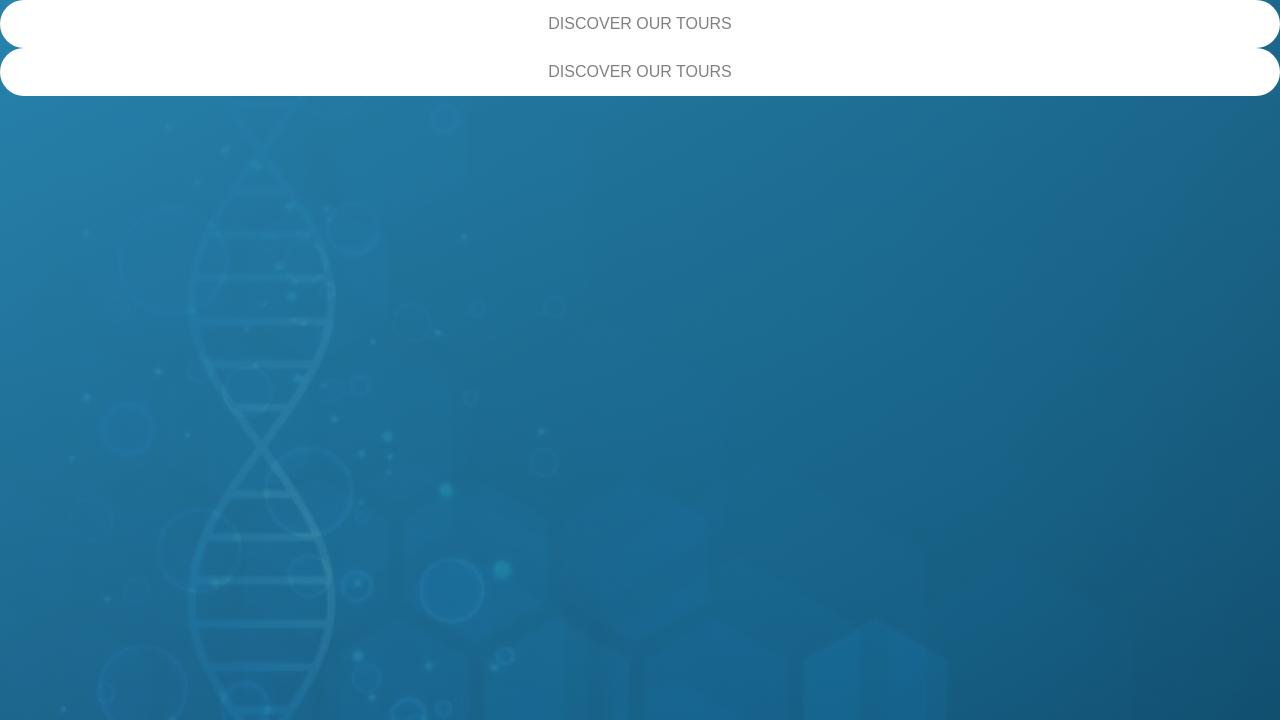
Repository: ajayaj2001/healthcare-digitization
Page: /
An editor plug-in stored every save of this project. The page is shown before and after the next save, followed by the edit.
The browser window is 1280 px wide. The pictures show the whole page.
The project was rebuilt for these pictures with package versions that can differ from the ones it lists, and the page was loaded fresh each time.

Above is the page before, as saved 2021-03-12 18:34:05.

After the next save:
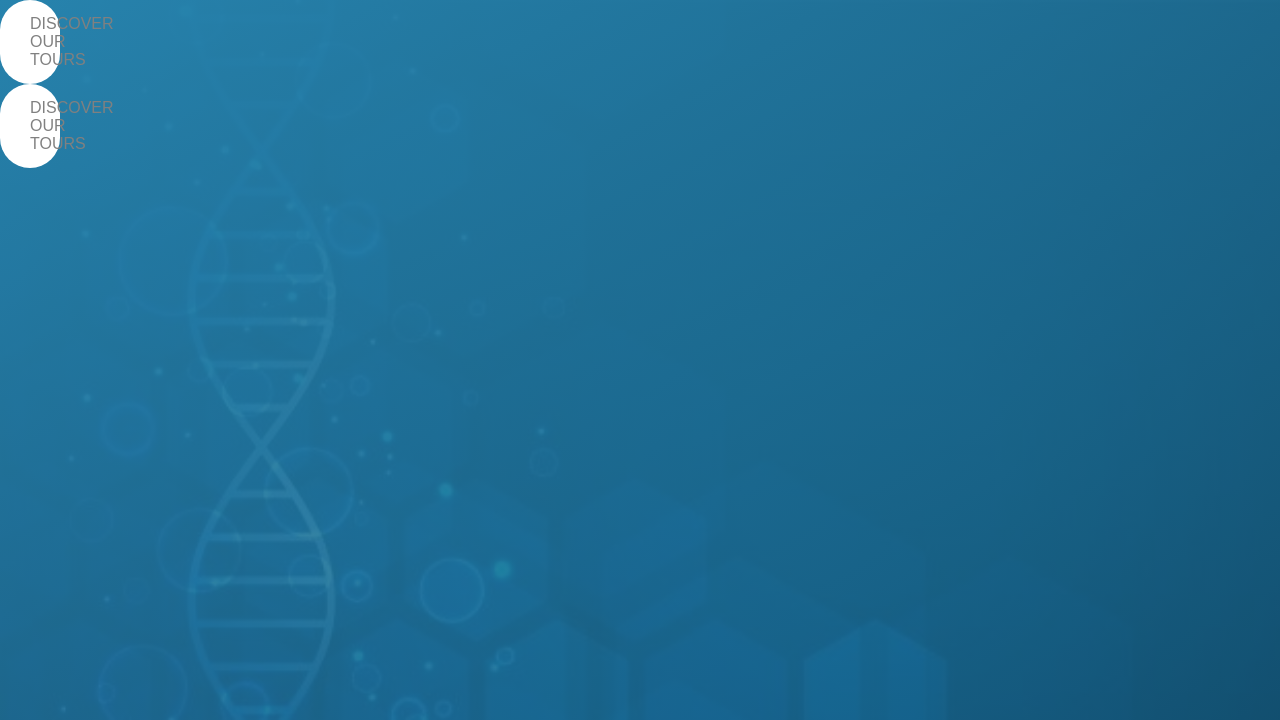
Saved 36 s later.
--- a/src/component/userType/UserType.scss
+++ b/src/component/userType/UserType.scss
@@ -18,7 +18,7 @@
         transition: all 0.2s;
         position: relative;
         font-size: 1.6rem;
-
+width: 2rem;
         //for button element
 
         border: none;
